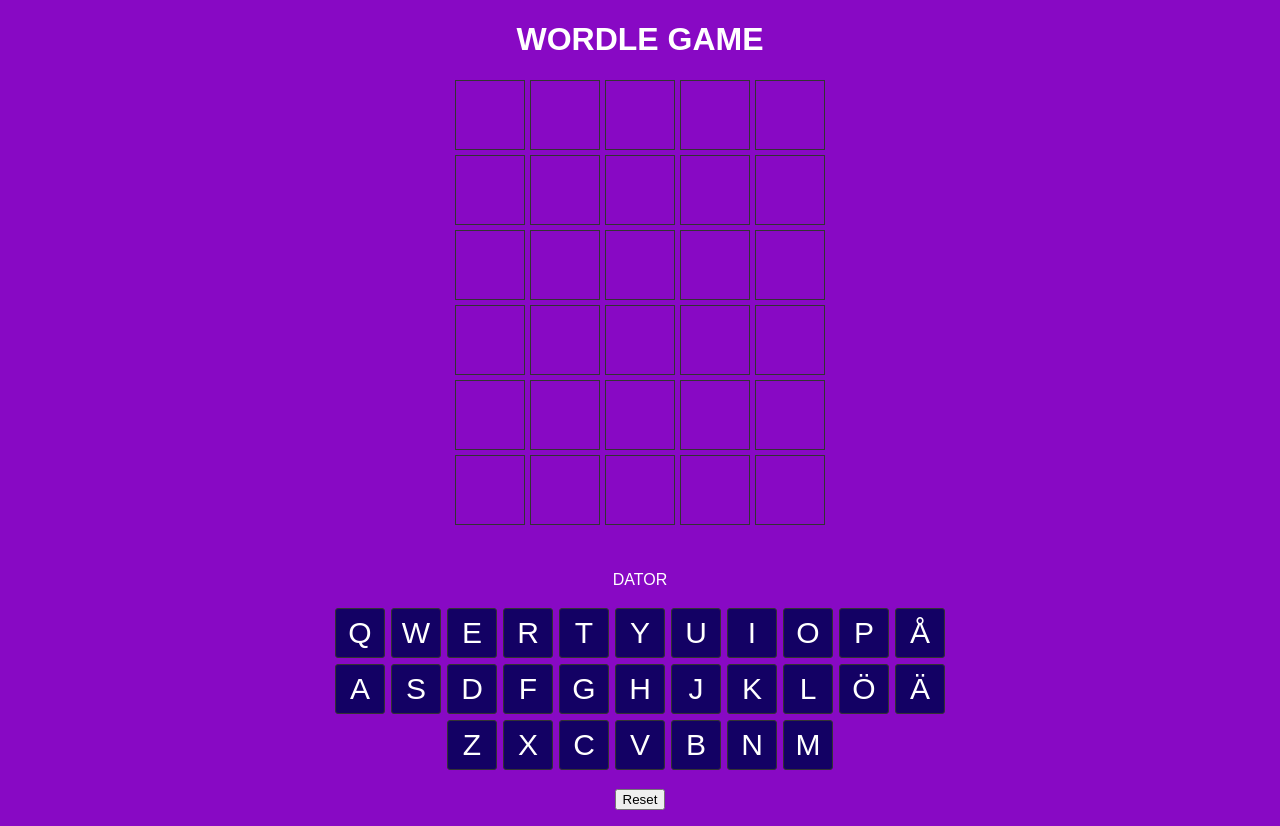
Repository: KarimIsaac/WorldeGame
Page: index.html
These files come from the project's save history. The page is drawn as it stood at one moment and after a run of saves; the edit follows.
The browser window is 1280 px wide. The pictures show the whole page.

Above is the page before, as saved 2022-03-13 07:26:18.

### index.html
<!DOCTYPE html>
<html lang="en">
<head>
    <meta charset="UTF-8">
    <meta http-equiv="X-UA-Compatible" content="IE=edge">
    <meta name="viewport" content="width=device-width, initial-scale=1.0">
    <title>Worlde Game</title>
    <link rel="stylesheet" href="style.css">
</head>
<body>

    <h1>Wordle Game</h1>
    <div id="grid"></div>
    <p id="answer"></p>
    <div id="keyboard"></div>

    <p>
      <button onClick="init()">Reset</button>
      </o>

      <script src="script.js"></script>
</body>
</html>

### style.css
html,
body {
  text-align: center;
  background: rgb(136, 9, 196);
  color: white;
  text-transform: uppercase;
  font-family: sans-serif;
}

#grid {
  display: inline-grid;
  grid-template-rows: repeat(6, 70px);
  grid-template-columns: repeat(5, 70px);
  gap: 5px;
  margin-bottom: 30px;
}

#grid div {
  border: 1px solid #333;
  display: flex;
  align-items: center;
  justify-content: center;
  font-size: 40px;
}

#keyboard button {
  appearance: none;
  border: 1px solid #333;
  background: rgb(19, 1, 100);
  color: rgb(255, 255, 255);
  font-size: 30px;
  display: inline-block;
  width: 50px;
  height: 50px;
  line-height: 1;
  margin: 3px;
  text-transform: uppercase;
  border-radius: 3px;
}

.answer{
display: none;

}

### script.js
const grid = document.getElementById("grid");
const keyboard = document.getElementById("keyboard");

let answer = "";

const words = [
, "spela"
, "äpple"
, "hoppa"
, "dansa"
, "dator"
, "cykla"
, "skola"
, "TRÄNA"
];

let attempts = [];
let currentAttempt = "";

function drawGrid() {
  grid.innerHTML = "";

  for (i = 0; i < 6; i++) {
    for (j = 0; j < 5; j++) {
      const cell = document.createElement("div");
      grid.appendChild(cell);
    }
  }
}

function drawKeyboard() {
  keyboard.innerHTML = "";

  renderKeyboardRow("qwertyuiopå");
  renderKeyboardRow("asdfghjklöä");
  renderKeyboardRow("zxcvbnm");
}

function renderKeyboardRow(chars) {
  const row = document.createElement("div");

  for (const c of chars) {
    const key = document.createElement("button");
    key.textContent = c;
    key.onclick = () => playLetter(c);

    row.appendChild(key);
  }

  keyboard.appendChild(row);
}

function renderAttempts() {
  for (i = 0; i < attempts.length; i++) {
    const attempt = attempts[i];

    for (j = 0; j < 5; j++) {
      const letter = attempt[j];

      cell = grid.children[i * 5 + j];
      cell.textContent = letter;

      if (letter === answer[j]) {
        cell.style.backgroundColor = "green";
      } else if (answer.includes(letter)) {
        cell.style.backgroundColor = "#bfbf2e";
      } else {
        cell.style.backgroundColor = "#000";
      }
    }
  }
}

function renderCurrentAttempt() {
  for (i = 0; i < 5; i++) {
    const letter = currentAttempt[i] || "";

    cell = grid.children[attempts.length * 5 + i];
    cell.textContent = letter;
  }
}

function playLetter(letter) {
  currentAttempt = currentAttempt + letter;

  renderCurrentAttempt();
}

function handleInput(e) {
  const key = e.key.toLowerCase();

  if (key === "enter" && currentAttempt.length === 5) {
    attempts.push(currentAttempt);
    currentAttempt = "";

    renderAttempts();
  }

  if (key === "backspace" && currentAttempt.length) {
    const letters = currentAttempt.split("");
    letters.pop();
    currentAttempt = letters.join("");

    renderCurrentAttempt();
  }

  if (/^[a-z]$/.test(key) && currentAttempt.length < 5) {
    playLetter(key);
  }
}

function init() {
  attempts = [];
  currentAttempt = "";

  answer = words[Math.floor(Math.random() * words.length)];

  document.getElementById("answer").textContent = answer;

  drawGrid();
  drawKeyboard();

  renderAttempts();
  renderCurrentAttempt();

  document.removeEventListener("keydown", handleInput);
  document.addEventListener("keydown", handleInput);
}

init();

After the next 3 saves:
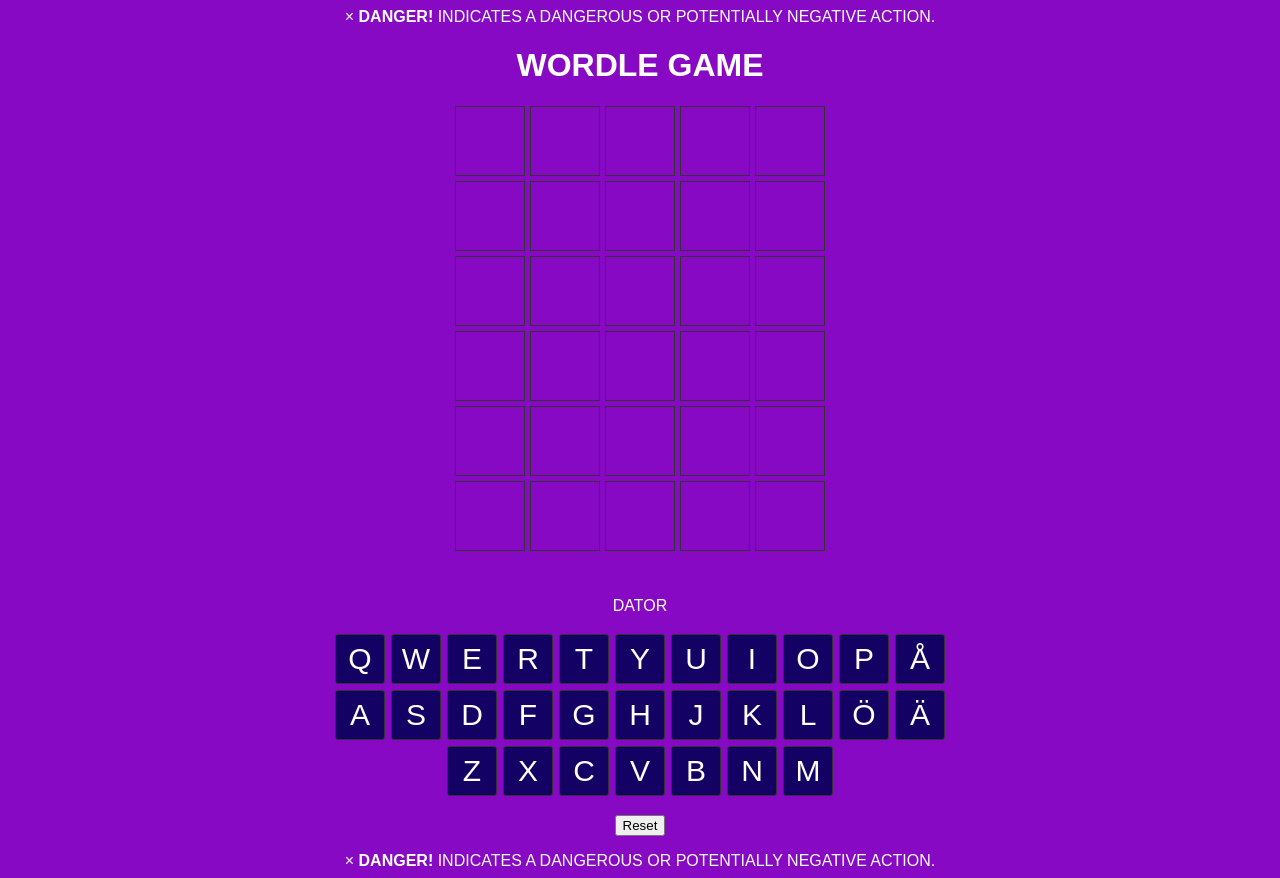
The 3 saves are shown as one change because they came seconds apart.
The last was saved 10 min 6 s later.
--- a/index.html
+++ b/index.html
@@ -8,7 +8,10 @@
     <link rel="stylesheet" href="style.css">
 </head>
 <body>
-
+    <div class="alert">
+        <span class="closebtn" onclick="this.parentElement.style.display='none';">&times;</span>
+        <strong>Danger!</strong> Indicates a dangerous or potentially negative action.
+      </div>
     <h1>Wordle Game</h1>
     <div id="grid"></div>
     <p id="answer"></p>
@@ -17,7 +20,10 @@
     <p>
       <button onClick="init()">Reset</button>
       </o>
-
+      <div class="alert">
+  <span class="closebtn" onclick="this.parentElement.style.display='none';">&times;</span>
+  <strong>Danger!</strong> Indicates a dangerous or potentially negative action.
+</div>
       <script src="script.js"></script>
 </body>
 </html>
